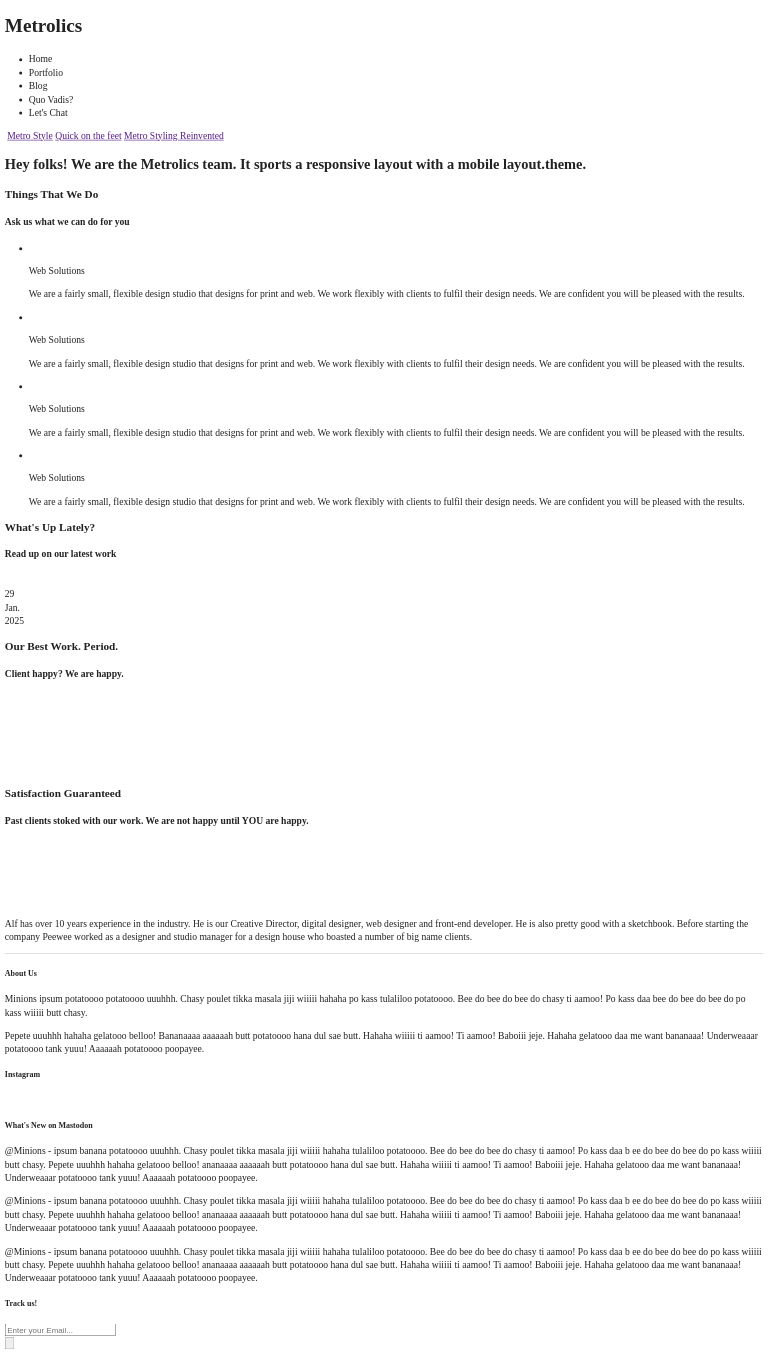
Repository: kaitlynlew/Lab02-Metrolics
Page: index.html
The author's editor kept a copy of each file at every save. The page is drawn from the files as they stood at one save, then again after the next save.
The browser window is 1280 px wide. The pictures show the whole page, at 60% of full size.

Above is the page before, as saved 2025-01-25 19:29:55.

After the next save:
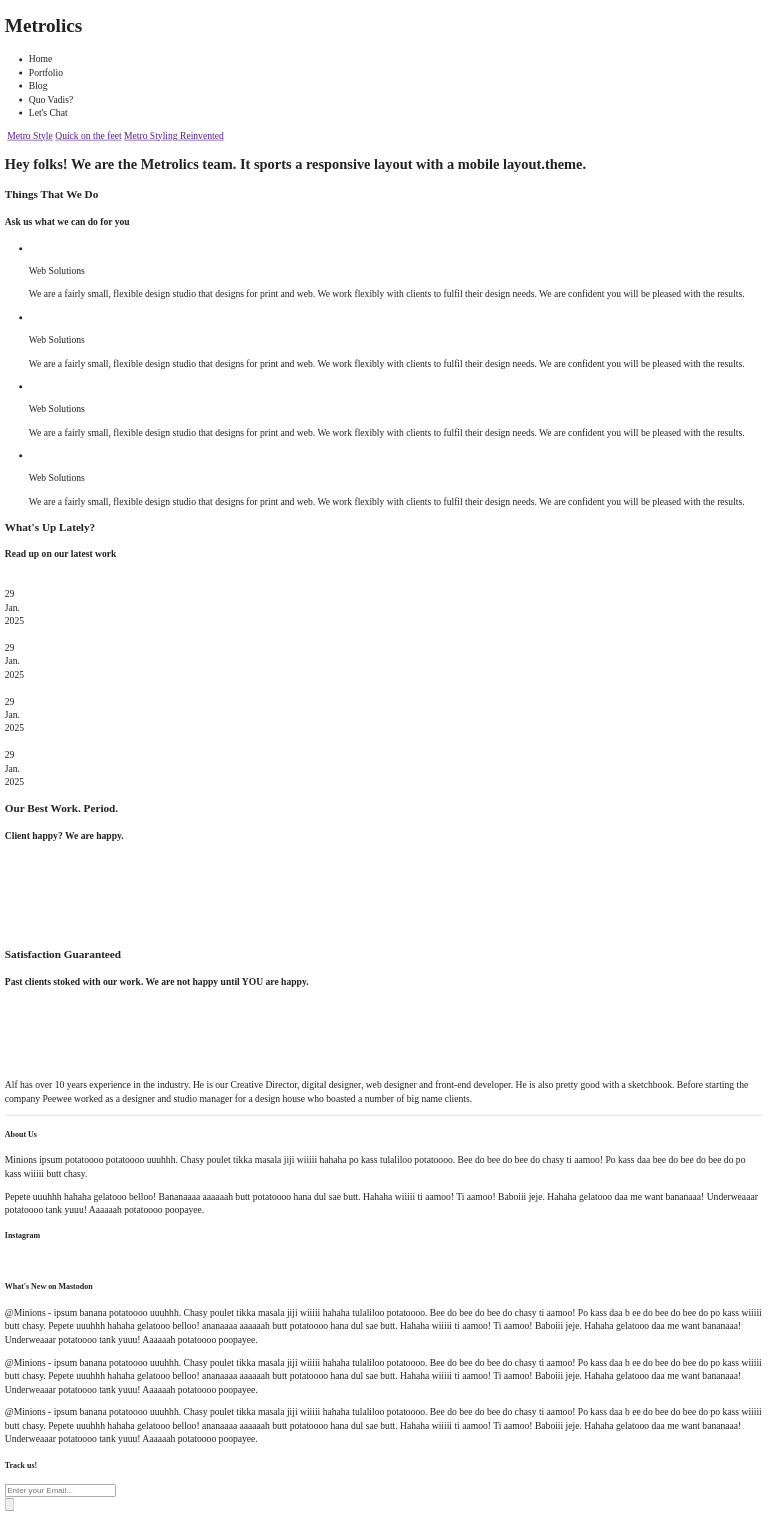
Saved 22 s later.
--- a/index.html
+++ b/index.html
@@ -93,6 +93,30 @@
         <h3 class="blog__heading">What's Up Lately?</h3>
         <h4 class="blog__subhead">Read up on our latest work</h4>
       </header>
+      <div class="blog__post">
+        <img class="blog__image" src="/" alt="">
+        <div class="date">
+          <div class="day">29</div>
+          <div class="month">Jan.</div>
+          <div class="year">2025</div>
+        </div>
+      </div>
+      <div class="blog__post">
+        <img class="blog__image" src="/" alt="">
+        <div class="date">
+          <div class="day">29</div>
+          <div class="month">Jan.</div>
+          <div class="year">2025</div>
+        </div>
+      </div>
+      <div class="blog__post">
+        <img class="blog__image" src="/" alt="">
+        <div class="date">
+          <div class="day">29</div>
+          <div class="month">Jan.</div>
+          <div class="year">2025</div>
+        </div>
+      </div>
       <div class="blog__post">
         <img class="blog__image" src="/" alt="">
         <div class="date">
